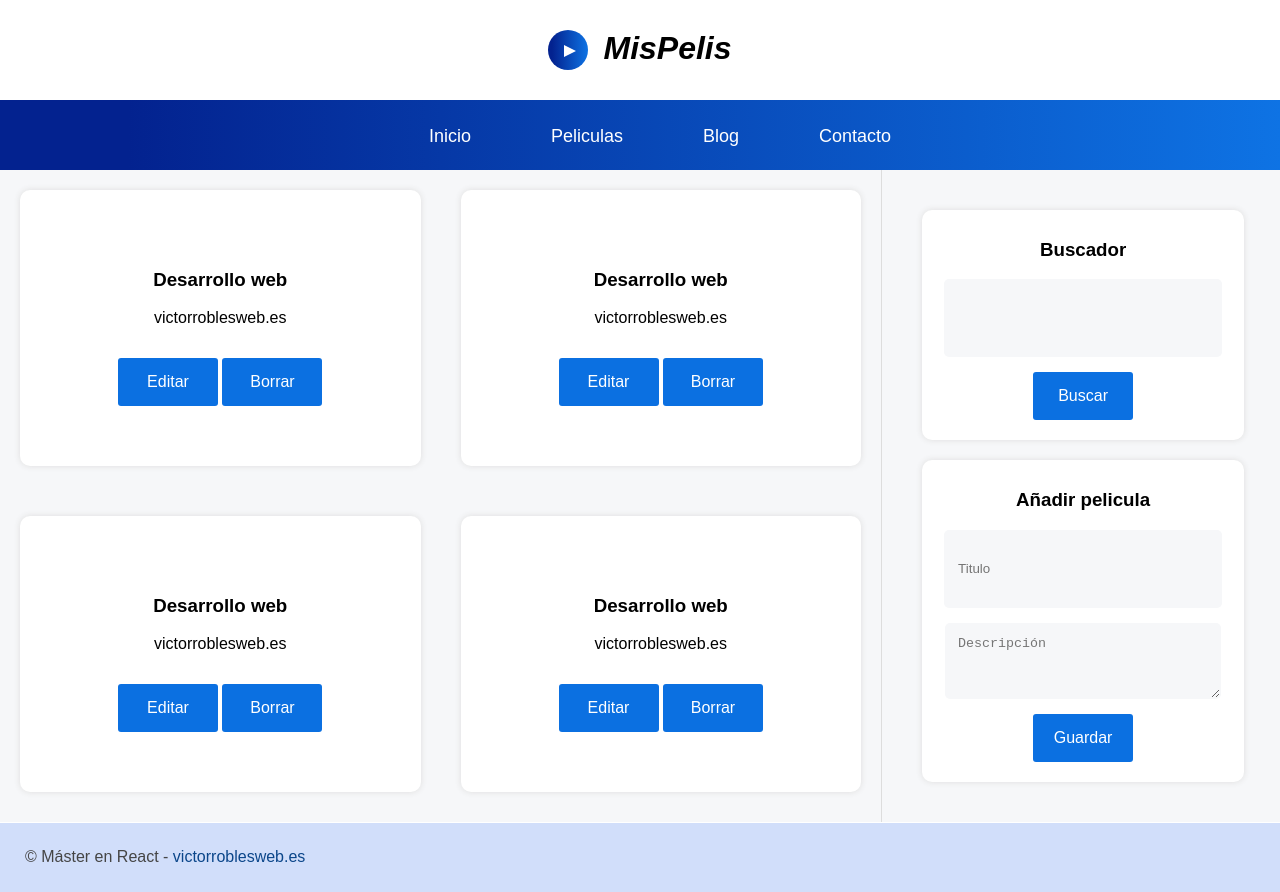
Repository: DamianBermudez94/proyecto-peliculas
Page: index.html
An editor plug-in stored every save of this project. The page is shown before and after the next save, followed by the edit.
The browser window is 1280 px wide. The pictures show the whole page.

Above is the page before, as saved 2023-04-19 23:08:53.
Not found: js/main.js

After the next save:
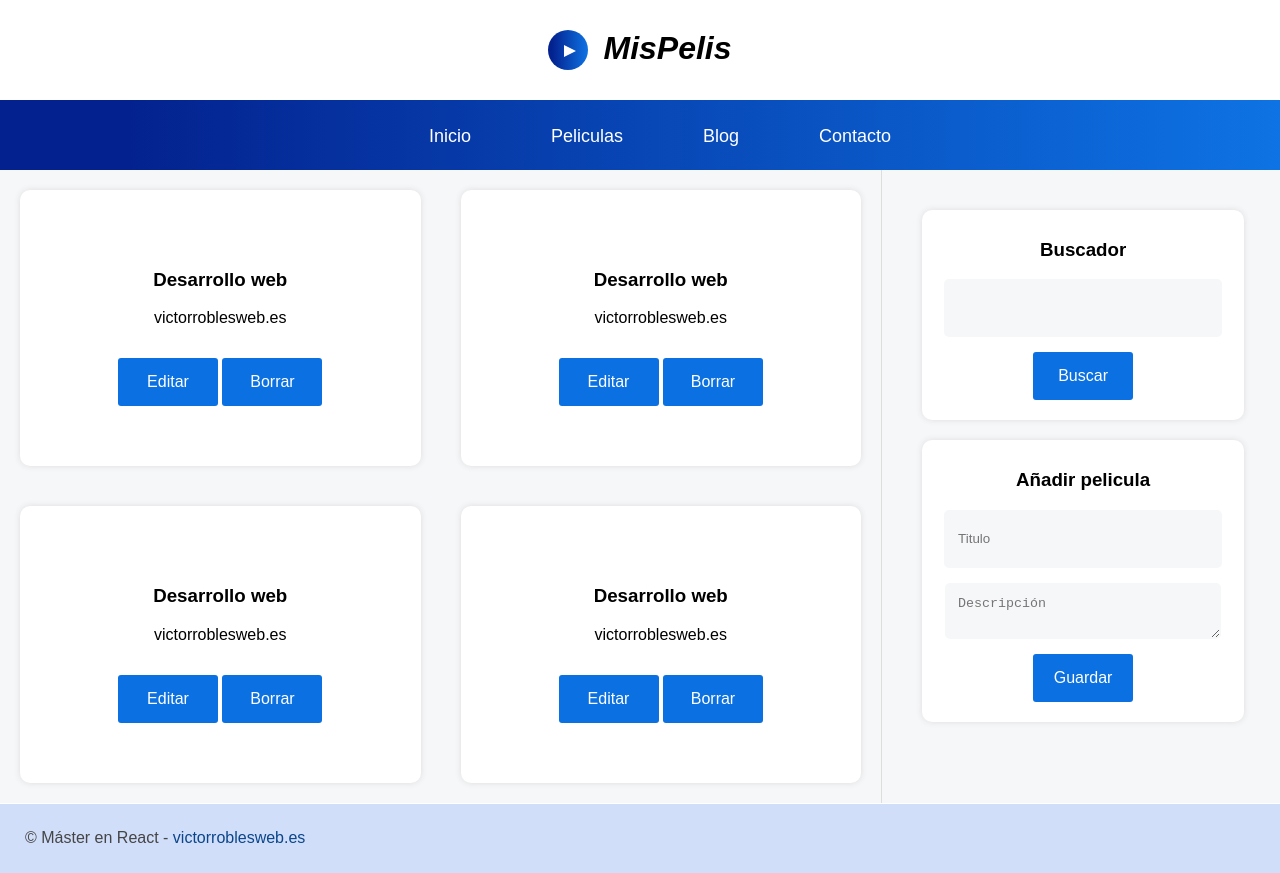
Saved 5 s later.
--- a/styles/style.css
+++ b/styles/style.css
@@ -179,7 +179,7 @@ input[type="button"]{
     width: 80%;
     max-width: 250px;
     min-width: 250px;
-    min-height: 50px;
+    min-height: 30px;
     max-height: 250px;
     opacity: 4;
     outline: 0;
